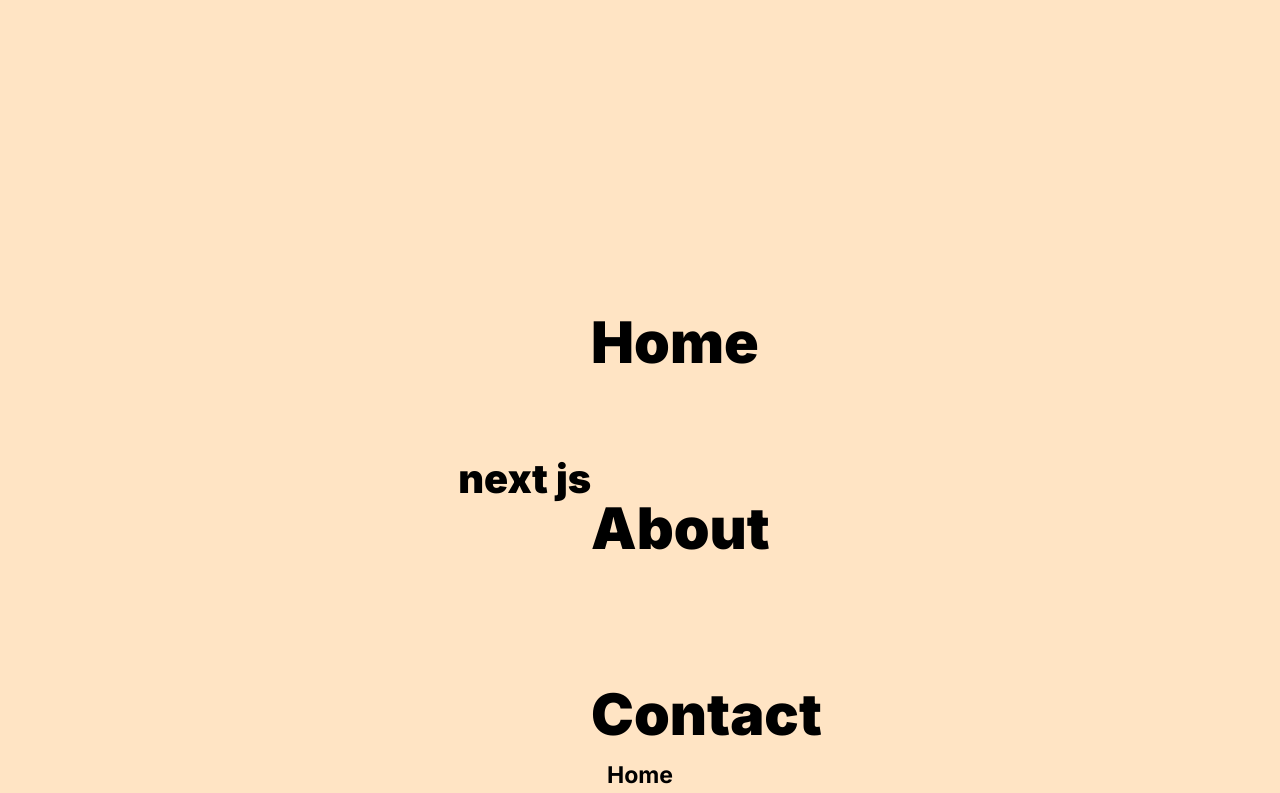
Repository: VilokMasuti/Nextjs-practice
Page: /
An editor plug-in stored every save of this project. The page is shown before and after the next save, followed by the edit.
The browser window is 1280 px wide. The pictures show the whole page.
The project was rebuilt for these pictures with package versions that can differ from the ones it lists, and the page was loaded fresh each time. The framework's server and built-in components were replaced by stand-ins that run in the browser. Also part of the build but not shown: next.config.mjs.

Above is the page before, as saved 2024-03-02 12:13:11.

### app/layout.tsx
import type { Metadata } from "next";
import { Inter } from "next/font/google";
import "./globals.css";
import "../styles/theme.css";
import Navbar from "../components/Navbar";

const inter = Inter({ subsets: ["latin"] });

export const metadata: Metadata = {
  title: "Create Next App",
  description: "Generated by create next app",
};

export default function RootLayout({
  children,
}: Readonly<{
  children: React.ReactNode;
}>) {
  return (
    <html lang="en">
      <body className={inter.className}>
        <Navbar />
        {children}
      </body>
    </html>
  );
}

### app/page.tsx
export default function Home() {
  return (
    <h1 className=" flex items-center justify-center text-black font-bold">
      Home
    </h1>
  );
}

### styles/theme.css
* {
  background-color: bisque;
  margin-top: 100px;
  font-weight: bolder;
  font-size: larger;
}

### components/Navbar.tsx
import Link from "next/link";

const Navbar = () => {
  return (
    <header>
      <nav className=" justify-center flex items-center  text-black">
        <p> next js</p>
        <ul>
          <Link href="/">
            <li> Home </li>
          </Link>
          <Link href="/about">
            <li> About</li>
          </Link>
          <Link href="/contact">
            <li> Contact</li>
          </Link>
        </ul>
      </nav>
    </header>
  );
};

export default Navbar;

Loaded but not shown: app/globals.css (common file); tailwind.config.ts (common file)

After the next save:
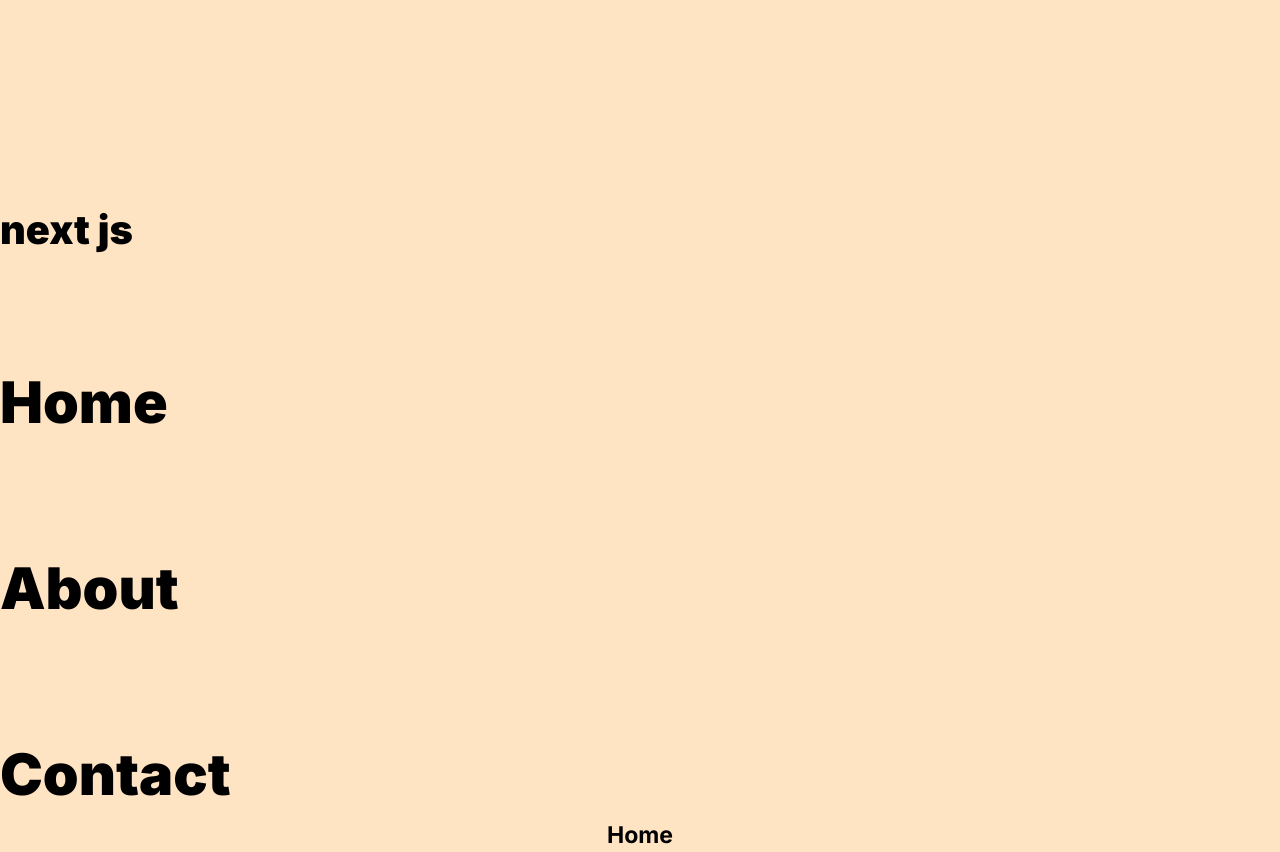
Saved 46 s later.
--- a/components/Navbar.tsx
+++ b/components/Navbar.tsx
@@ -3,7 +3,7 @@ import Link from "next/link";
 const Navbar = () => {
   return (
     <header>
-      <nav className=" justify-center flex items-center  text-black">
+      <nav className="  text-black">
         <p> next js</p>
         <ul>
           <Link href="/">
